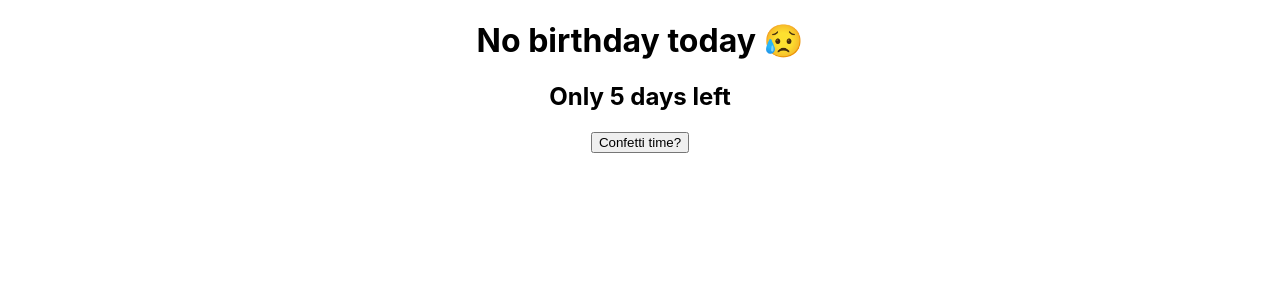
Repository: David-Waite/HannahsBirthdayWebsite
Page: /
An editor plug-in stored every save of this project. The page is shown before and after the next save, followed by the edit.
The browser window is 1280 px wide. The pictures show the whole page.
The project was rebuilt for these pictures with package versions that can differ from the ones it lists, and the page was loaded fresh each time.

Above is the page before, as saved 2023-03-30 18:09:54.

### src/App.js
import "./App.css";

import Confetti from "react-confetti";

import { useState } from "react";

function App() {
  const [confetti, setConfetti] = useState(null);
  const [buttonText, setButtonText] = useState("Confetti time?");
  function isBirthdayToday() {
    const date = new Date();
    if (date.getMonth() === 3 && date.getDate() === 5) {
      return true;
    }
    return false;
  }

  function rainConfetti() {
    if (isBirthdayToday()) {
      setConfetti(true);
      setButtonText("Confetti time!");
    } else {
      setButtonText("no");
    }
  }

  function getDaysUntilBirthday() {
    const date = new Date();
    const hannahBday = new Date(date.getFullYear(), 3, 5);
    const hannahBdayNextYear = new Date(date.getFullYear() + 1, 2, 29);
    const oneDay = 1000 * 60 * 60 * 24;

    let daysUntilBirthday;
    if (hannahBday < date) {
      daysUntilBirthday =
        Math.ceil(hannahBdayNextYear.getTime() - date.getTime()) / oneDay;
    } else {
      daysUntilBirthday =
        Math.ceil(hannahBday.getTime() - date.getTime()) / oneDay;
    }

    return daysUntilBirthday;
  }

  // 5th april
  let birthdayText;
  if (isBirthdayToday()) {
    birthdayText = <h1>Happy birthday!🥳</h1>;
  } else {
    birthdayText = (
      <>
        <h1>No birthday today 😥</h1>
        <h2>Only {Math.floor(getDaysUntilBirthday())} days left</h2>
      </>
    );
  }
  console.log(isBirthdayToday());
  const date = new Date();

  return (
    <div className="App">
      {confetti && <Confetti />}

      {birthdayText}
      <button onClick={rainConfetti}>{buttonText}</button>
    </div>
  );
}

export default App;

Loaded but not shown: public/index.html (common file); src/index.js (common file); src/index.css (common file); src/reportWebVitals.js (common file); src/App.css (common file)

After the next save:
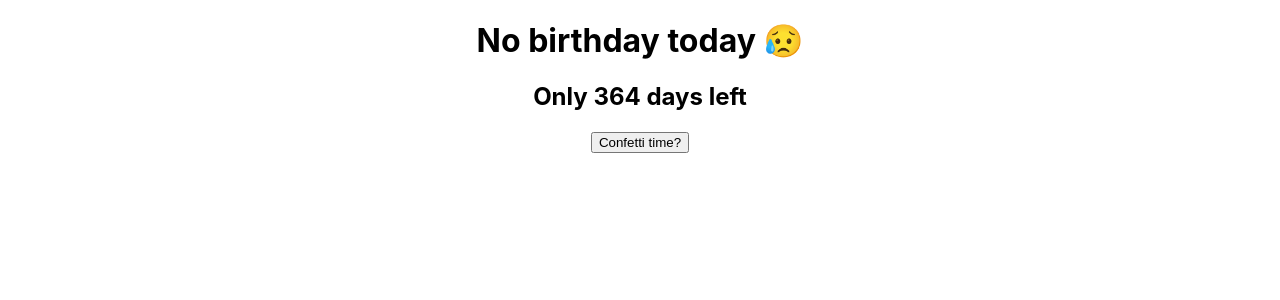
Saved 15 s later.
--- a/src/App.js
+++ b/src/App.js
@@ -31,7 +31,7 @@
     const oneDay = 1000 * 60 * 60 * 24;
 
     let daysUntilBirthday;
-    if (hannahBday < date) {
+    if (hannahBday > date) {
       daysUntilBirthday =
         Math.ceil(hannahBdayNextYear.getTime() - date.getTime()) / oneDay;
     } else {

After the save that followed:
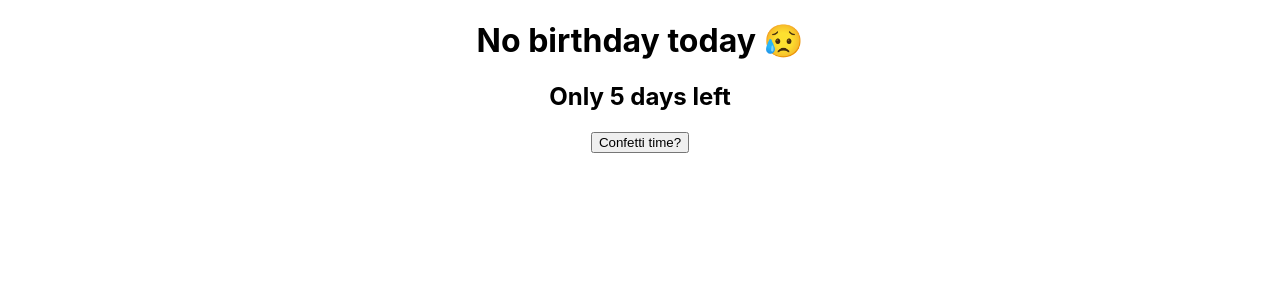
Saved 4 s later.
--- a/src/App.js
+++ b/src/App.js
@@ -31,7 +31,7 @@
     const oneDay = 1000 * 60 * 60 * 24;
 
     let daysUntilBirthday;
-    if (hannahBday > date) {
+    if (hannahBday < date) {
       daysUntilBirthday =
         Math.ceil(hannahBdayNextYear.getTime() - date.getTime()) / oneDay;
     } else {
